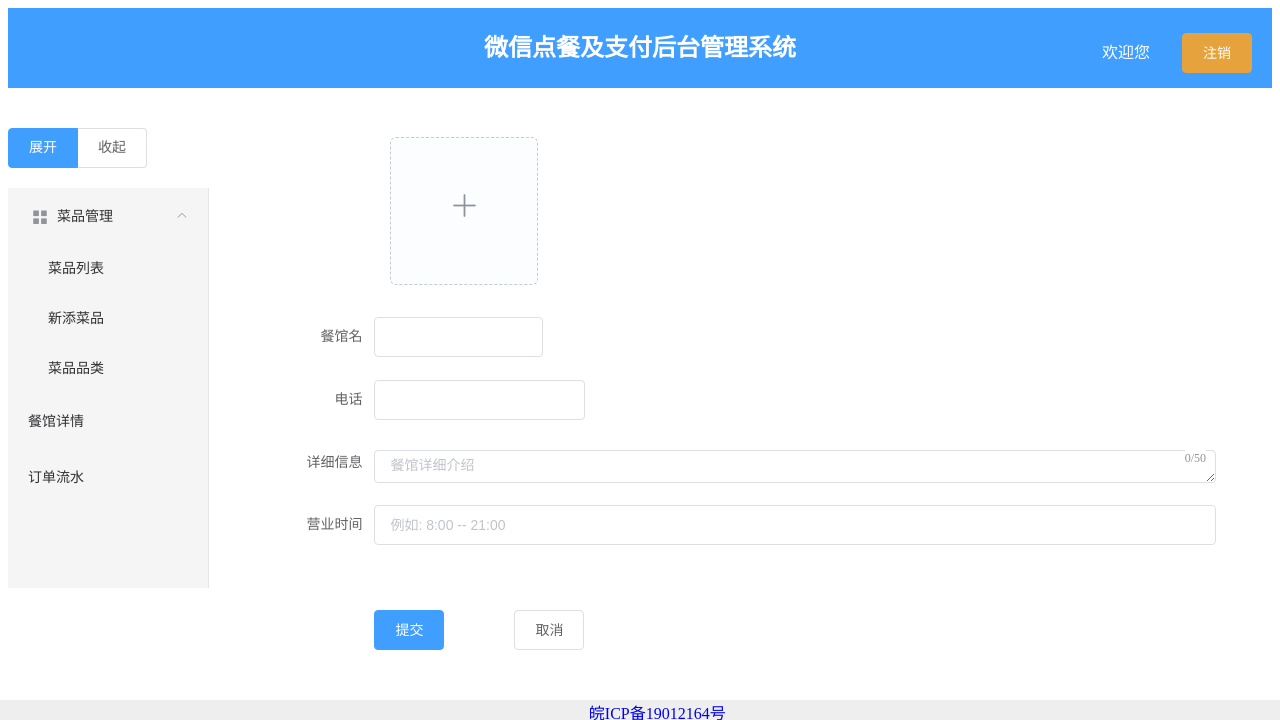
Repository: align-shi/order-web
Page: /pointpayment/hotelTable
The author's editor kept a copy of each file at every save. The page is drawn from the files as they stood at one save, then again after the next save.
The browser window is 1280 px wide. The pictures show the whole page.
The page's requests for data from a server got no answer. The project was rebuilt for these pictures with package versions that can differ from the ones it lists, and the page was loaded fresh each time. No one was signed in, and anything a server would have sent is missing. Also part of the build but not shown: src/pages/login.vue.

Above is the page before, as saved 2020-03-11 21:21:09.

After the next save:
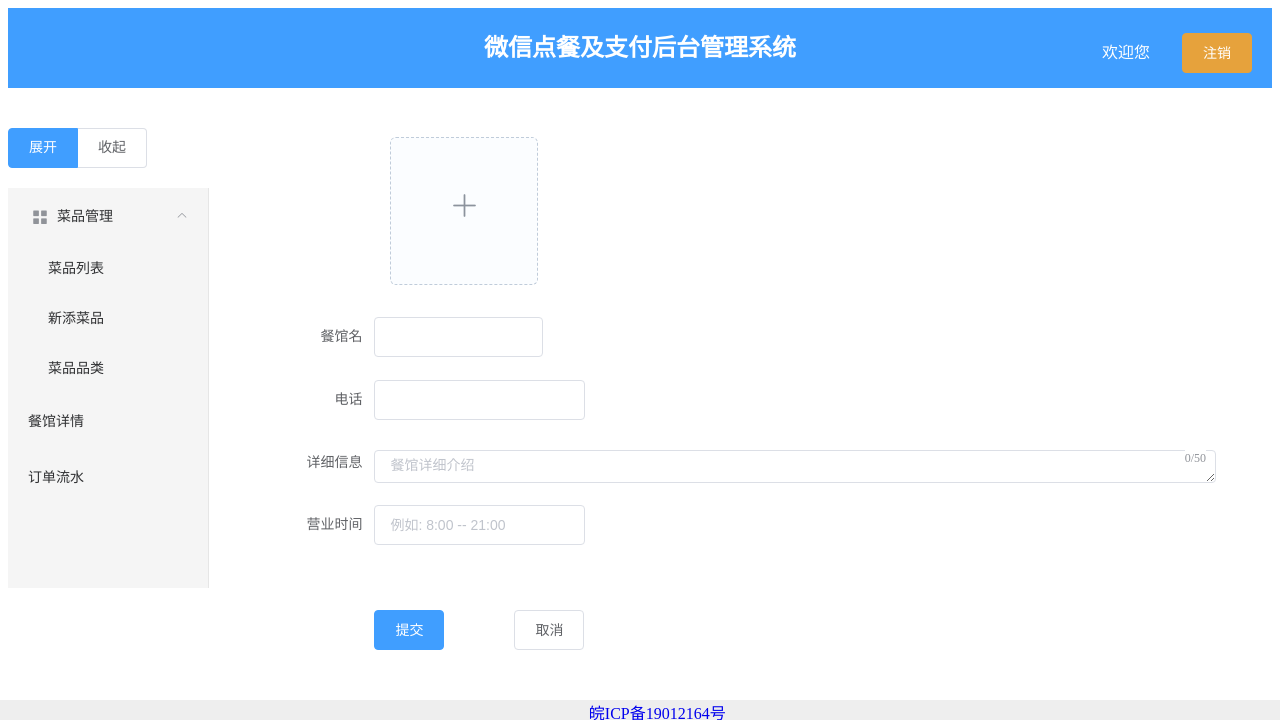
Saved 77 s later.
--- a/src/components/hotelTable.vue
+++ b/src/components/hotelTable.vue
@@ -31,7 +31,7 @@
             </el-form-item>
 
             <el-form-item label="营业时间" prop="time">
-                <el-input  placeholder="例如: 8:00 -- 21:00" v-model="form.time">
+                <el-input  placeholder="例如: 8:00 -- 21:00" v-model="form.time" style="width:25%">
                 </el-input>
             </el-form-item>
 
